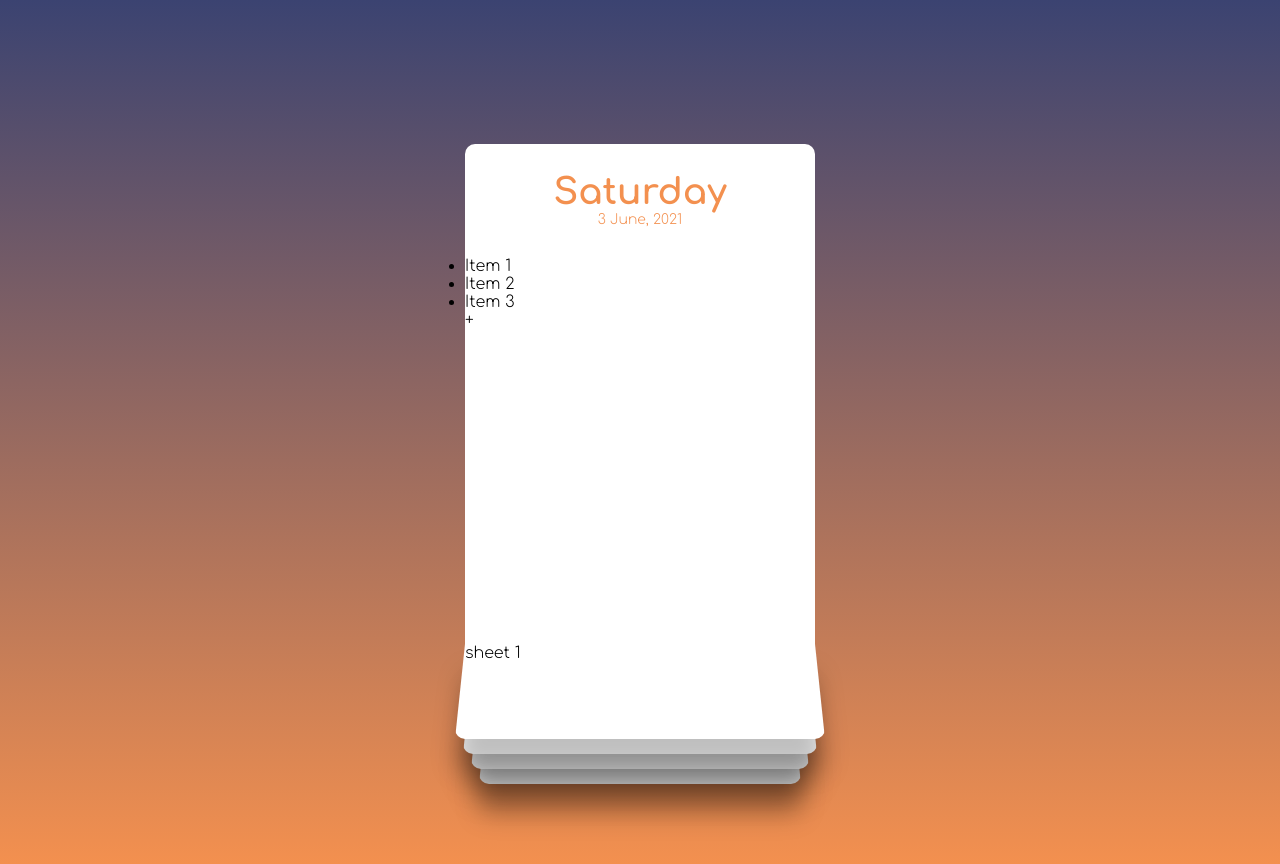
Repository: Colo-Codes/mini-projects
Page: todo-app/index.html
An editor plug-in stored every save of this project. The page is shown before and after the next save, followed by the edit.
The browser window is 1280 px wide. The pictures show the whole page.

Above is the page before, as saved 2021-07-04 11:51:09.

After the next save:
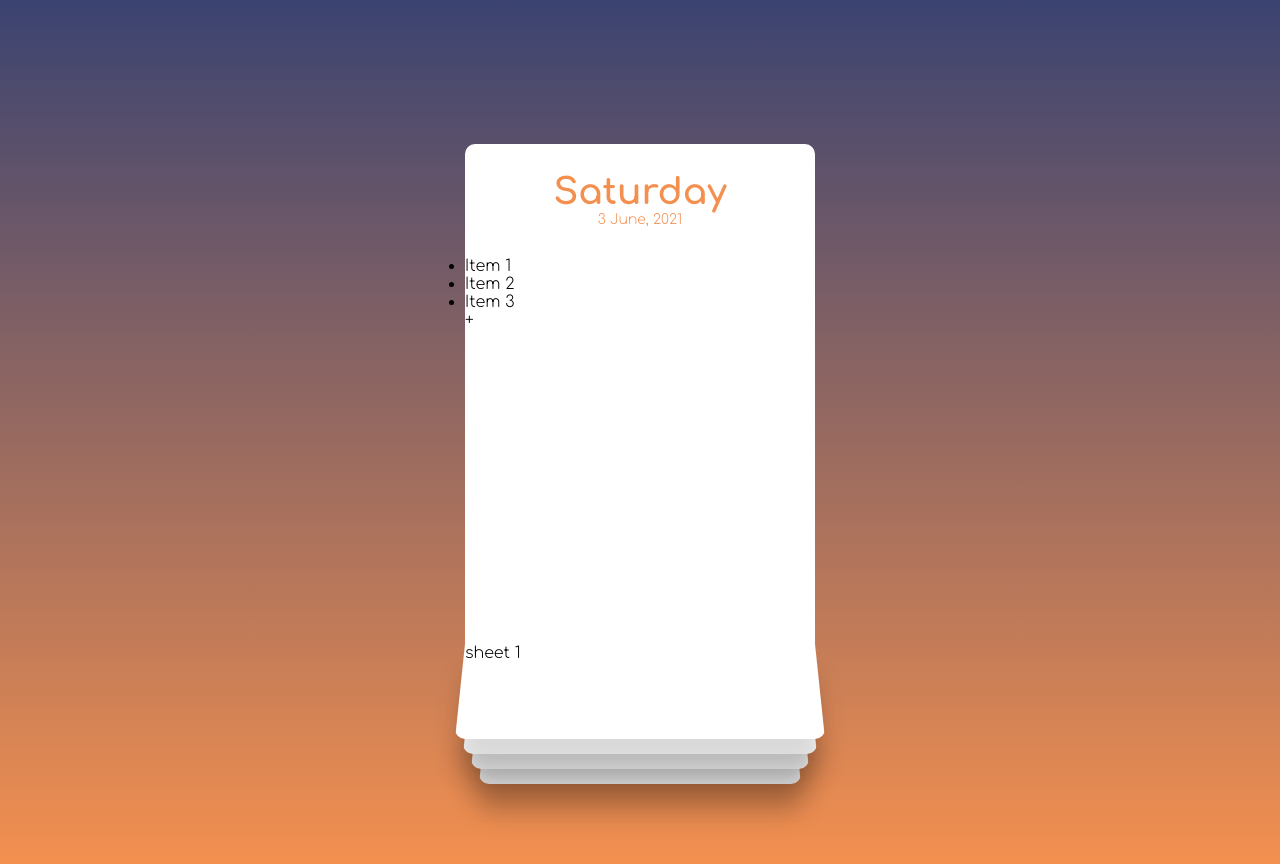
Saved 34 s later.
--- a/todo-app/css/index.css
+++ b/todo-app/css/index.css
@@ -46,8 +46,8 @@ body {
 div [id^='sheet-'] {
     margin: auto;
     border-radius: 0 0 10px 10px;
-    -webkit-filter: drop-shadow(0px 30px 12px rgba(0, 0, 0, 0.25));
-    filter: drop-shadow(0px 30px 12px rgba(0, 0, 0, 0.25));
+    -webkit-filter: drop-shadow(0px 30px 12px rgba(0, 0, 0, 0.15));
+    filter: drop-shadow(0px 30px 12px rgba(0, 0, 0, 0.15));
     -ms-filter: "progid:DXImageTransform.Microsoft.Dropshadow(OffX=0, OffY=30, Color='#444')";
     filter: "progid:DXImageTransform.Microsoft.Dropshadow(OffX=0, OffY=30, Color='#444')";
     /* trapezoidal shape */
